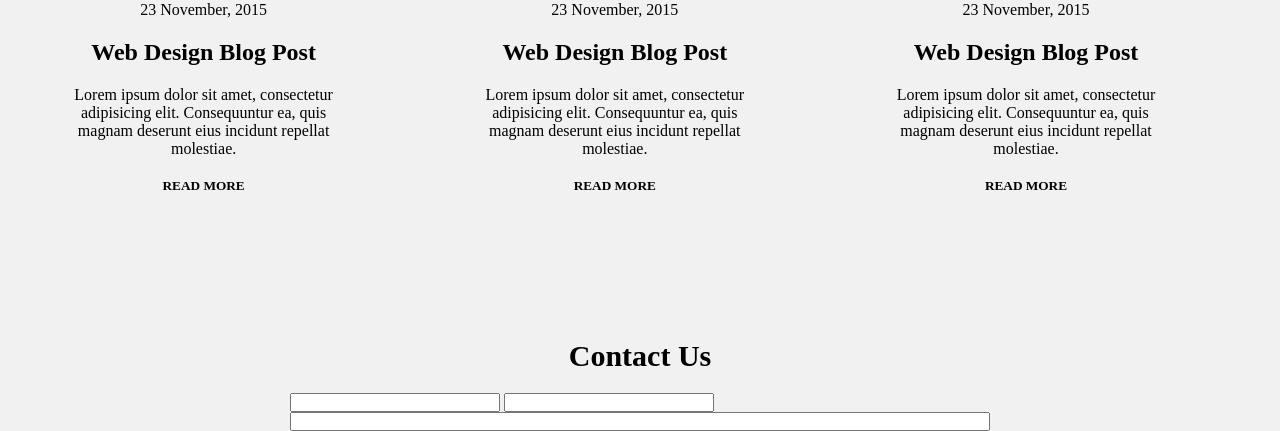
Repository: Ahmedalid/New-project
Page: Rout/index.html
These files come from the project's save history. The page is drawn as it stood at one moment and after the next save; the edit follows.
The browser window is 1280 px wide. The pictures show the part of the page from y = 3461 to 3912 px (the page is 3892 px tall before and 3912 px after).
A picture or video elsewhere on the page could not be fetched, so the positions and the page height are approximate.

Above is the page before, as saved 2023-05-24 19:47:23.

After the next save:
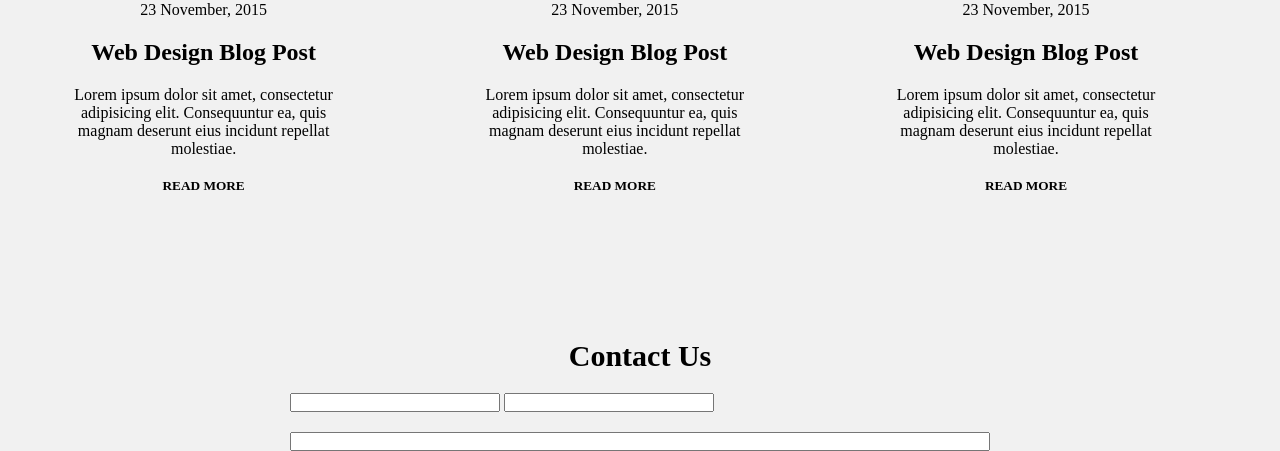
Saved 4 s later.
--- a/Rout/index.html
+++ b/Rout/index.html
@@ -242,7 +242,7 @@
                 <div class="mt">
                     <input type="text" class="w-3" name="" id="">
                 <input type="text" name="" id="" class="w-3">
-                <input type="text" class="w-10 mt-" name="" id="">
+                <input type="text" class="w-10 mt" name="" id="">
                 </div>
             </div>
         </section>
